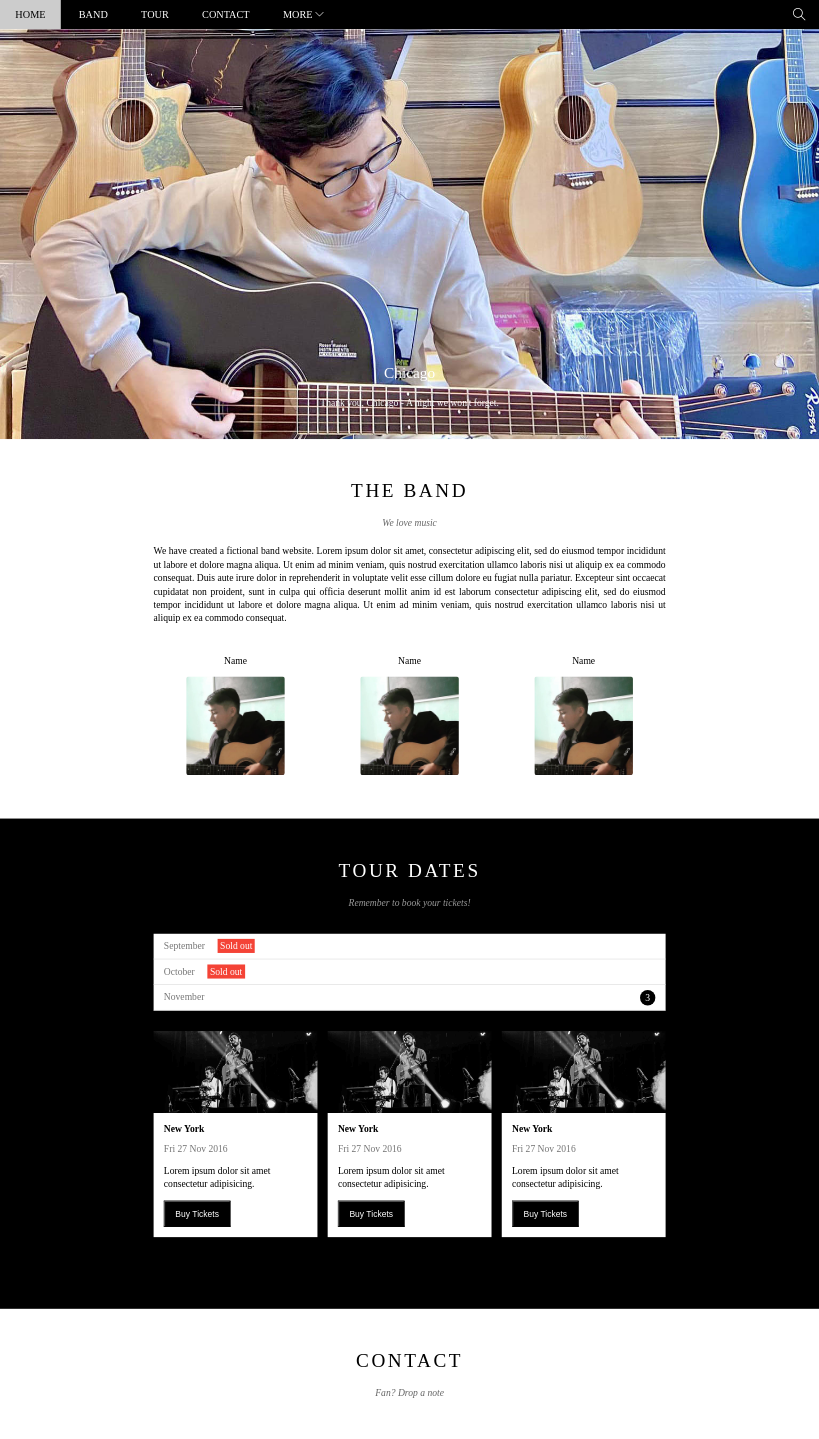
Repository: quochung2k3/Web-Team
Page: index.html
The author's editor kept a copy of each file at every save. The page is drawn from the files as they stood at one save, then again after the next save.
The browser window is 1280 px wide. The pictures show the whole page, at 64% of full size.

Above is the page before, as saved 2023-08-14 21:57:31.

After the next save:
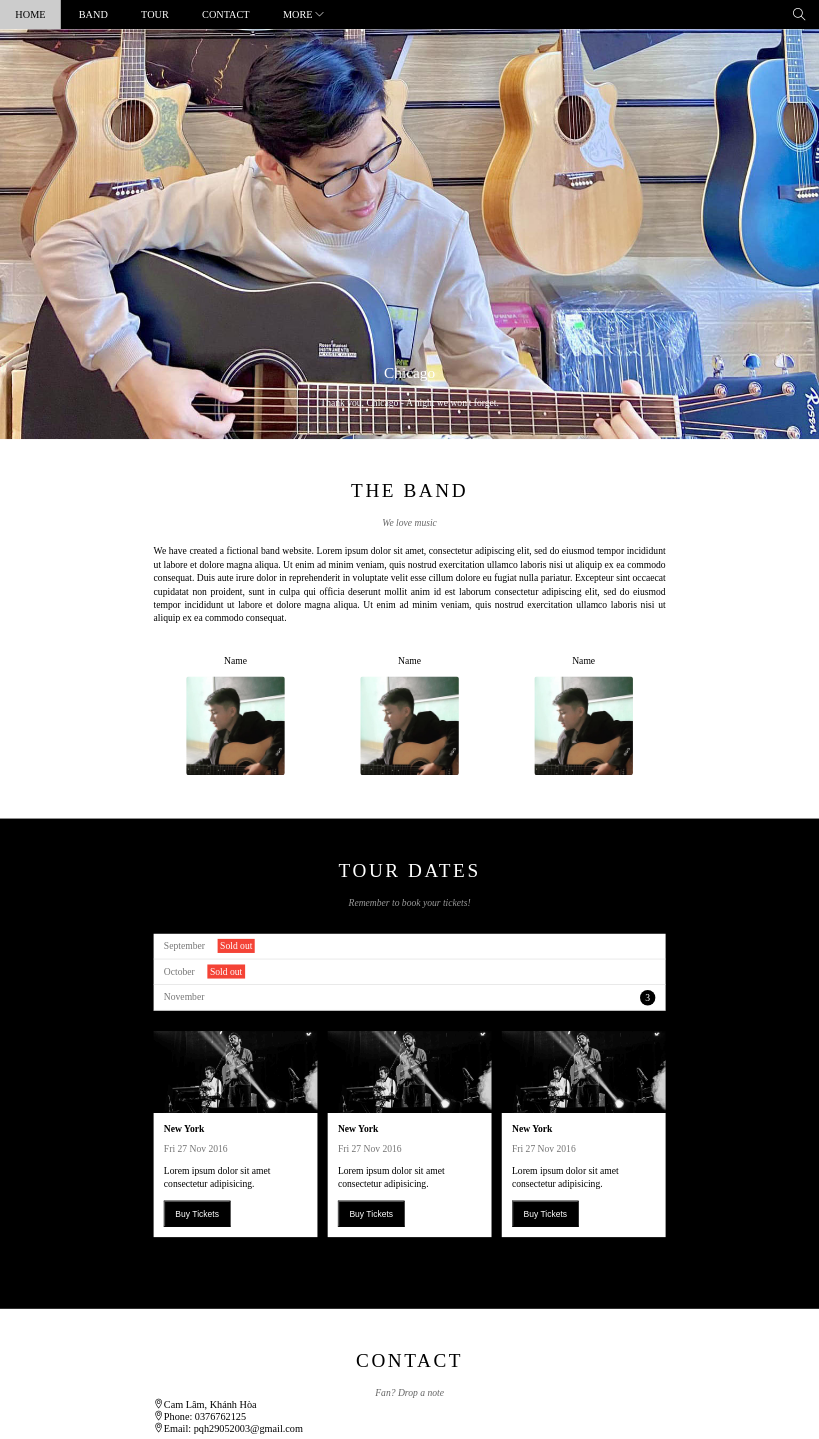
Saved 3 min 6 s later.
--- a/index.html
+++ b/index.html
@@ -111,6 +111,17 @@
             <div class="content-section">
                 <h2 class="section-heading">CONTACT</h2>
                 <p class="section-sub-heading">Fan? Drop a note</p>
+
+                <div class="row">
+                    <div class="col col-half">
+                        <p><i class="ti-location-pin"></i>Cam Lâm, Khánh Hòa</p>
+                        <p><i class="ti-location-pin"></i>Phone: 0376762125</p>
+                        <p><i class="ti-location-pin"></i>Email: pqh29052003@gmail.com</p>
+                    </div>
+                    <div class="col col-half">
+
+                    </div>
+                </div>
             </div>
         </div>
 
